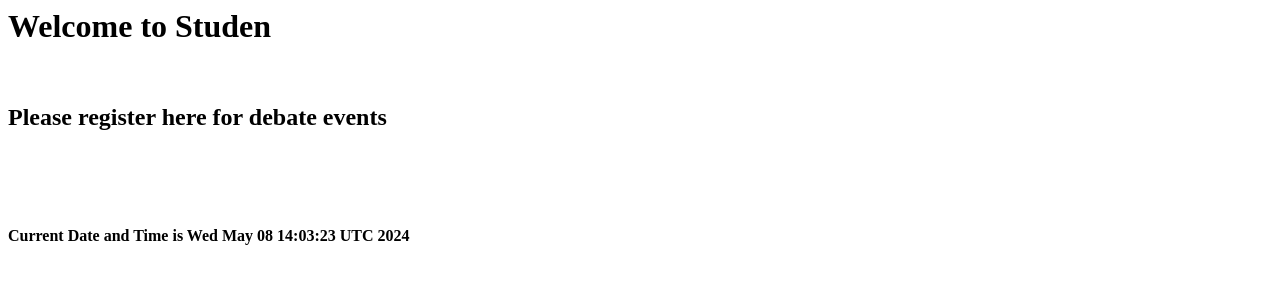
Repository: jalajakshi3012/jalajakshichisti_BED_LAB6
Page: http://localhost/StudentRegistration/WEB-INF/views/welcome.jsp
An editor plug-in stored every save of this project. The page is shown before and after the next save, followed by the edit.
The browser window is 1280 px wide. The pictures show the whole page.
The page is served by Tomcat 10. Nobody is signed in. The template is opened directly, without the code that normally fills it, so the values that code supplies are empty.

Above is the page before, as saved 2024-05-08 14:32:57.

After the next save:
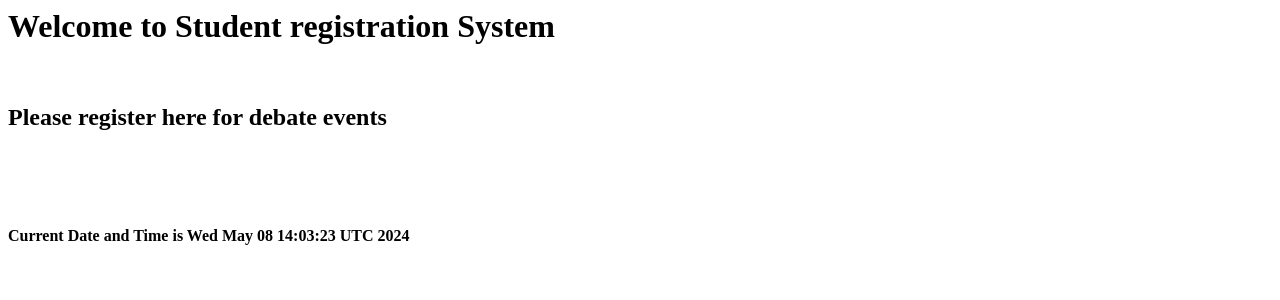
Saved 45 s later.
--- a/StudentRegistration/src/main/webapp/WEB-INF/views/welcome.jsp
+++ b/StudentRegistration/src/main/webapp/WEB-INF/views/welcome.jsp
@@ -3,7 +3,7 @@
 <html>
 
 <body>
-	<h1>Welcome to Studen</h1>
+	<h1>Welcome to Student registration System</h1>
 	<br>
 	<h2>Please register here for debate events</h2>
 
